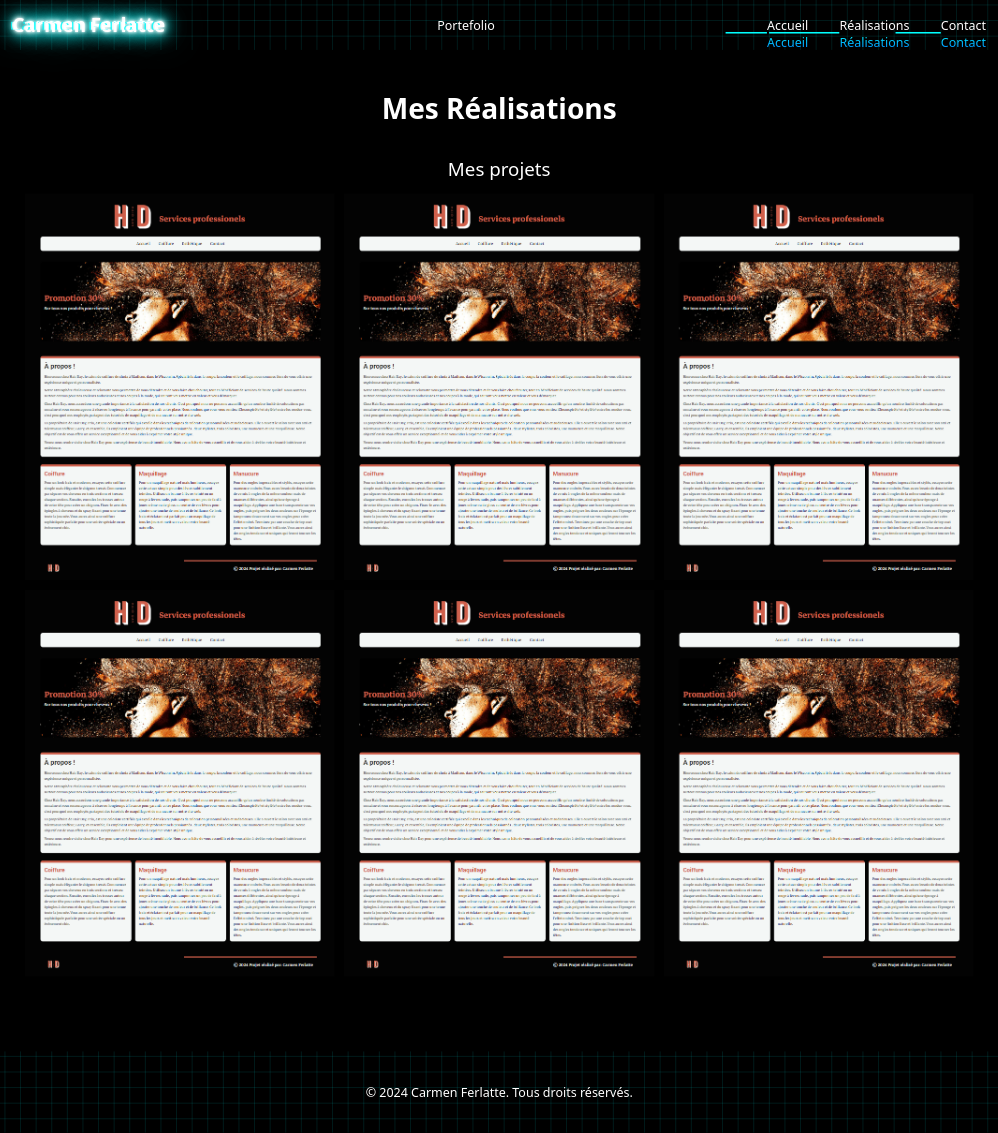
Repository: CarmenFerlatte/TP3__FerlatteCarmen
Page: realisations.html
These files come from the project's save history. The page is drawn as it stood at one moment and after the next save; the edit follows.
The browser window is 1280 px wide. The pictures show the whole page, at 78% of full size.
Some web libraries are served in a nearby version.

Above is the page before, as saved 2024-08-14 14:48:07.
Console error: TypeError: Cannot read properties of null (reading 'addEventListener')

### realisations.html
<!DOCTYPE html>
<html lang="fr-ca">
<head>
    <meta charset="UTF-8">
    <meta name="viewport" content="width=device-width, initial-scale=1.0">
    <link href="https://cdn.jsdelivr.net/npm/tailwindcss@2.2.19/dist/tailwind.min.css" rel="stylesheet">
    <title>Mon Portefolio</title>
    <script src="https://cdn.tailwindcss.com"></script>
    <link rel="stylesheet" href="https://cdnjs.cloudflare.com/ajax/libs/font-awesome/6.4.0/css/all.min.css">
    <link rel="stylesheet" href="css/navbar.css">
    <script src="https://code.jquery.com/jquery-3.6.0.min.js"></script>
    <script src="js/navbar.js" defer></script>
    <script src="js/script.js" defer></script>
    <script src="js/header.js" defer></script>
    <script>
        $(function(){
            $("#header").load("assets/php/header.html");
            $("#footer").load("assets/php/footer.html");
        });
    </script>
</head>

<body class="bg-black text-white h-dvh">
    <header id="header"></header>

<main>
    <section class="container mx-auto px-4 py-20">
        <h1 class="text-4xl font-bold text-center mb-10 pt-10">Mes Réalisations</h1>
        <h2 class="text-center text-2xl ">Mes projets</h2>

        <div class="grid grid-cols-2 md:grid-cols-3 gap-3 p-4 w-full m-auto place-items-center">
            <img class="hover:opacity-75" src="img/screenshots/mon_projet__01__salon_de_coiffure.png" alt="image">
            <img class="hover:opacity-75" src="img/screenshots/mon_projet__01__salon_de_coiffure.png" alt="image">
            <img class="hover:opacity-75" src="img/screenshots/mon_projet__01__salon_de_coiffure.png" alt="image">
            <img class="hover:opacity-75" src="img/screenshots/mon_projet__01__salon_de_coiffure.png" alt="image">
            <img class="hover:opacity-75" src="img/screenshots/mon_projet__01__salon_de_coiffure.png" alt="image">
            <img class="hover:opacity-75" src="img/screenshots/mon_projet__01__salon_de_coiffure.png" alt="image">
        </div>
    </section>
</main>

    <footer id="footer"></footer>
</body>
</html>

### css/navbar.css
@keyframes neon-pulse {
    0%, 100% { text-shadow: 0 0 5px #fff, 0 0 10px #fff, 0 0 15px #fff, 0 0 20px #00ffff, 0 0 35px #00ffff, 0 0 40px #00ffff, 0 0 50px #00ffff, 0 0 75px #00ffff; }
    50% { text-shadow: 0 0 2px #fff, 0 0 5px #fff, 0 0 7px #fff, 0 0 10px #00ffff, 0 0 17px #00ffff, 0 0 20px #00ffff, 0 0 25px #00ffff, 0 0 37px #00ffff; }
}

.neon-text {
    animation: neon-pulse 1.5s infinite alternate;
}

.bg-animated {
    background: linear-gradient(-45deg, #000000, #1a1a1a, #000033, #003366);
    background-size: 400% 400%;
    animation: gradient 15s ease infinite;
}

@keyframes gradient {
    0% { background-position: 0% 50%; }
    50% { background-position: 100% 50%; }
    100% { background-position: 0% 50%; }
}

.cyber-grid {
    background-image: linear-gradient(rgba(0, 255, 255, 0.1) 1px, transparent 1px),
                      linear-gradient(90deg, rgba(0, 255, 255, 0.1) 1px, transparent 1px);
    background-size: 20px 20px;
    animation: cyber-grid-move 20s linear infinite;
}

@keyframes cyber-grid-move {
    0% { background-position: 0 0; }
    100% { background-position: 20px 20px; }
}

.nav-link {
    position: relative;
    overflow: hidden;
}

.nav-link::before {
    content: '';
    position: absolute;
    bottom: 0;
    left: 0;
    width: 100%;
    height: 2px;
    background-color: #00ffff;
    transform: translateX(-100%);
    transition: transform 0.3s ease;
}

.nav-link:hover::before {
    transform: translateX(0);
}

.nav-link::after {
    content: attr(data-text);
    position: absolute;
    top: 0;
    left: 0;
    width: 100%;
    height: 100%;
    display: flex;
    align-items: center;
    justify-content: center;
    transform: translateY(100%);
    background: linear-gradient(to bottom, #00ffff, #0080ff);
    -webkit-background-clip: text;
    -webkit-text-fill-color: transparent;
    transition: transform 0.3s ease;
}

.nav-link:hover::after {
    transform: translateY(0);
}

.glitch-effect {
    position: relative;
}

.glitch-effect::before,
.glitch-effect::after {
    content: attr(data-text);
    position: absolute;
    top: 0;
    left: 0;
    width: 100%;
    height: 100%;
    opacity: 0.8;
}

.glitch-effect::before {
    left: 2px;
    text-shadow: -2px 0 #ff00de;
    clip: rect(24px, 550px, 90px, 0);
    animation: glitch-anim 3s infinite linear alternate-reverse;
}

.glitch-effect::after {
    left: -2px;
    text-shadow: -2px 0 #00ffff;
    clip: rect(85px, 550px, 140px, 0);
    animation: glitch-anim 2s infinite linear alternate-reverse;
}

@keyframes glitch-anim {
    0% { clip: rect(39px, 9999px, 71px, 0); }
    20% { clip: rect(3px, 9999px, 5px, 0); }
    40% { clip: rect(6px, 9999px, 38px, 0); }
    60% { clip: rect(13px, 9999px, 43px, 0); }
    80% { clip: rect(44px, 9999px, 93px, 0); }
    100% { clip: rect(54px, 9999px, 47px, 0); }
}

#menu-toggle:checked ~ .menu-icon .hamburger {
    transform: rotate(45deg);
}

#menu-toggle:checked ~ .menu-icon .hamburger::before {
    transform: translateY(8px) rotate(90deg);
}

#menu-toggle:checked ~ .menu-icon .hamburger::after {
    transform: translateY(-8px) rotate(90deg);
}

.hamburger,
.hamburger::before,
.hamburger::after {
    content: '';
    display: block;
    background: #00ffff;
    height: 3px;
    width: 30px;
    transition: transform 0.5s cubic-bezier(0.23, 1, 0.32, 1);
}

.hamburger::before { transform: translateY(-8px); }
.hamburger::after { transform: translateY(8px); }

@media (max-width: 768px) {
    .menu {
        position: fixed;
        top: 60px;
        left: 0;
        width: 100%;
        height: 0;
        background: rgba(0, 0, 0, 0.9);
        overflow: hidden;
        transition: height 0.5s cubic-bezier(0.23, 1, 0.32, 1);
    }

    #menu-toggle:checked ~ .menu {
        height: calc(100vh - 60px);
    }
}

/*-------------Invisible Navbar-------------*/

.navbar-hidden {
    transform: translateY(-100%);
    transition: transform 0.3s ease-in-out;
}

### js/navbar.js
const menuToggle = document.getElementById('menu-toggle');
        const menu = document.querySelector('.menu');

        menuToggle.addEventListener('change', function() {
            if (this.checked) {
                menu.classList.remove('hidden');
                menu.classList.add('flex', 'flex-col', 'items-center', 'justify-center', 'space-y-4');
            } else {
                menu.classList.add('hidden');
                menu.classList.remove('flex', 'flex-col', 'items-center', 'justify-center', 'space-y-4');
            }
        });

        window.addEventListener('resize', function() {
            if (window.innerWidth > 768) {
                menu.classList.remove('hidden', 'flex', 'flex-col', 'items-center', 'justify-center', 'space-y-4');
                menu.classList.add('md:flex', 'md:items-center');
                menuToggle.checked = false;
            } else if (!menuToggle.checked) {
                menu.classList.add('hidden');
                menu.classList.remove('flex', 'flex-col', 'items-center', 'justify-center', 'space-y-4');
            }
        });

// Navbar hidden on scroll down


document.addEventListener('DOMContentLoaded', function () {
            // Charger le header
            $('#header').load('../assets/php/header.html', function() {
                let navbar = document.querySelector('.bg-animated');
                if (navbar) {
                    let lastScrollTop = 0;

                    window.addEventListener('scroll', function () {
                        let scrollTop = window.scrollY || document.documentElement.scrollTop;
                        if (scrollTop > lastScrollTop) {
                            // Scroll down
                            navbar.classList.add('navbar-hidden');
                        } else {
                            // Scroll up
                            navbar.classList.remove('navbar-hidden');
                        }

                        lastScrollTop = scrollTop;
                    });
                } else {
                    console.error('Navbar not found');
                }
            });

            // Charger le footer
            $('#footer').load('../assets/php/footer.html');
        });

### js/script.js
// bouton lien vers la section 1

document.addEventListener('DOMContentLoaded', function () {
    const lienButton = document.querySelector('.btn-lien');
    lienButton.addEventListener('click', function () {
        document.querySelector('#section-1').scrollIntoView({
            behavior: 'smooth'
        });
    });
});

// bouton lien page extene

document.addEventListener('DOMContentLoaded', function () {
    const lienButton = document.querySelector('.btn-lien2');
    lienButton.addEventListener('click', function () {
        window.open('https://www.facebook.com', '_blank');
    });
});

// accordeon //

let elements = document.querySelectorAll("[data-menu]");
for (let i = 0; i < elements.length; i++) {
    let main = elements[i];

    main.addEventListener("click", function () {
        let element = main.parentElement.parentElement;
        let indicators = main.querySelectorAll("img");
        let child = element.querySelector("#menu");
        let h = element.querySelector("#mainHeading>div>p");

        h.classList.toggle("font-semibold");
        child.classList.toggle("hidden");
        // console.log(indicators[0]);
        indicators[0].classList.toggle("rotate-180");
    });
}

### js/header.js
$(function () {
    $('#header').load('assets/php/header.html', function() {
        let navbar = document.querySelector('.bg-animated');
        if (navbar) {
            let lastScrollTop = 0;

            window.addEventListener('scroll', function () {
                let scrollTop = window.scrollY || document.documentElement.scrollTop;
                if (scrollTop > lastScrollTop) {
                    // Scroll down
                    navbar.classList.add('navbar-hidden');
                } else {
                    // Scroll up
                    navbar.classList.remove('navbar-hidden');
                }

                    lastScrollTop = scrollTop;
            });
        } else {
            console.error('Navbar not found');
        }
    });
    $('#footer').load('assets/php/footer.html');
});

### assets/php/header.html
<header>
    <nav class="bg-animated cyber-grid fixed w-full z-50">
        <div class="container mx-auto px-4">
            <div class="flex justify-between items-center py-4">
                <a href="#" class="text-2xl font-bold neon-text glitch-effect" data-text="Carmen Ferlatte">Carmen Ferlatte</a>
                <label for="menu-toggle">Portefolio</label>
                <input type="checkbox" id="menu-toggle" class="hidden">
                <label for="menu-toggle" class="menu-icon cursor-pointer md:hidden">
                    <span class="hamburger"></span>
                </label>
                <ul class="menu hidden md:flex md:items-center space-x-10">
                    <li><a href="index.html" class="nav-link" data-text="Accueil">Accueil</a></li>
                    <li><a href="realisations.html" class="nav-link" data-text="Réalisations">Réalisations</a></li>
                    <li><a href="contact.html" class="nav-link" data-text="Contact">Contact</a></li>
                    <!-- <li><a href="#" class="bg-gradient-to-r from-cyan-500 to-blue-500 text-white font-bold py-2 px-4 rounded hover:from-cyan-600 hover:to-blue-600 transition-all duration-300">Sign Up</a></li> -->
                </ul>
            </div>
        </div>
    </nav>
</header>

### assets/php/footer.html
<footer>
    <div class="container mx-auto px-4 py-10 cyber-grid">
        <p class="text-center text-white">© 2024 Carmen Ferlatte. Tous droits réservés.</p>
   </div>
</footer>

After the next save:
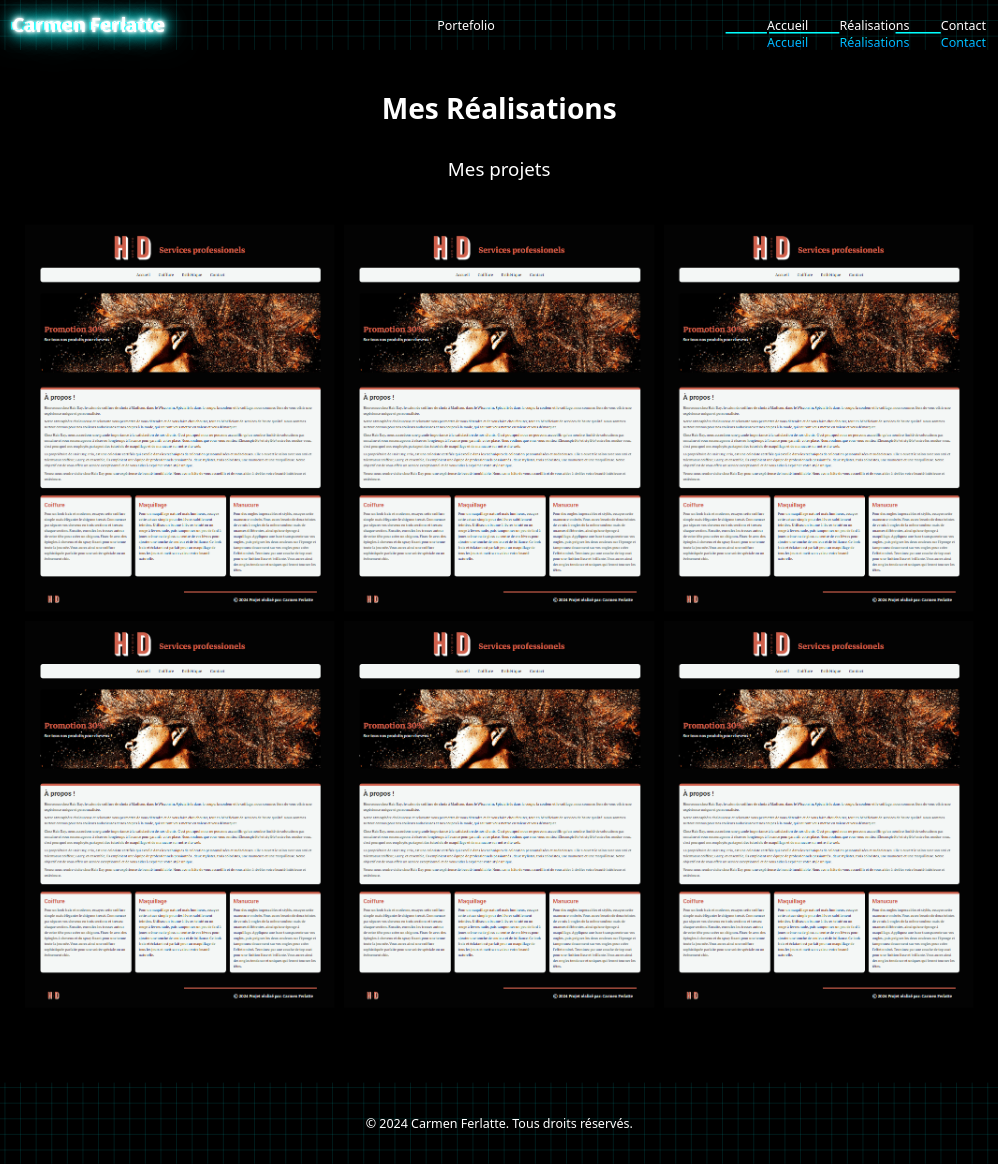
Saved 6 s later.
--- a/realisations.html
+++ b/realisations.html
@@ -26,7 +26,7 @@
 <main>
     <section class="container mx-auto px-4 py-20">
         <h1 class="text-4xl font-bold text-center mb-10 pt-10">Mes Réalisations</h1>
-        <h2 class="text-center text-2xl ">Mes projets</h2>
+        <h2 class="text-center text-2xl mb-10">Mes projets</h2>
 
         <div class="grid grid-cols-2 md:grid-cols-3 gap-3 p-4 w-full m-auto place-items-center">
             <img class="hover:opacity-75" src="img/screenshots/mon_projet__01__salon_de_coiffure.png" alt="image">
